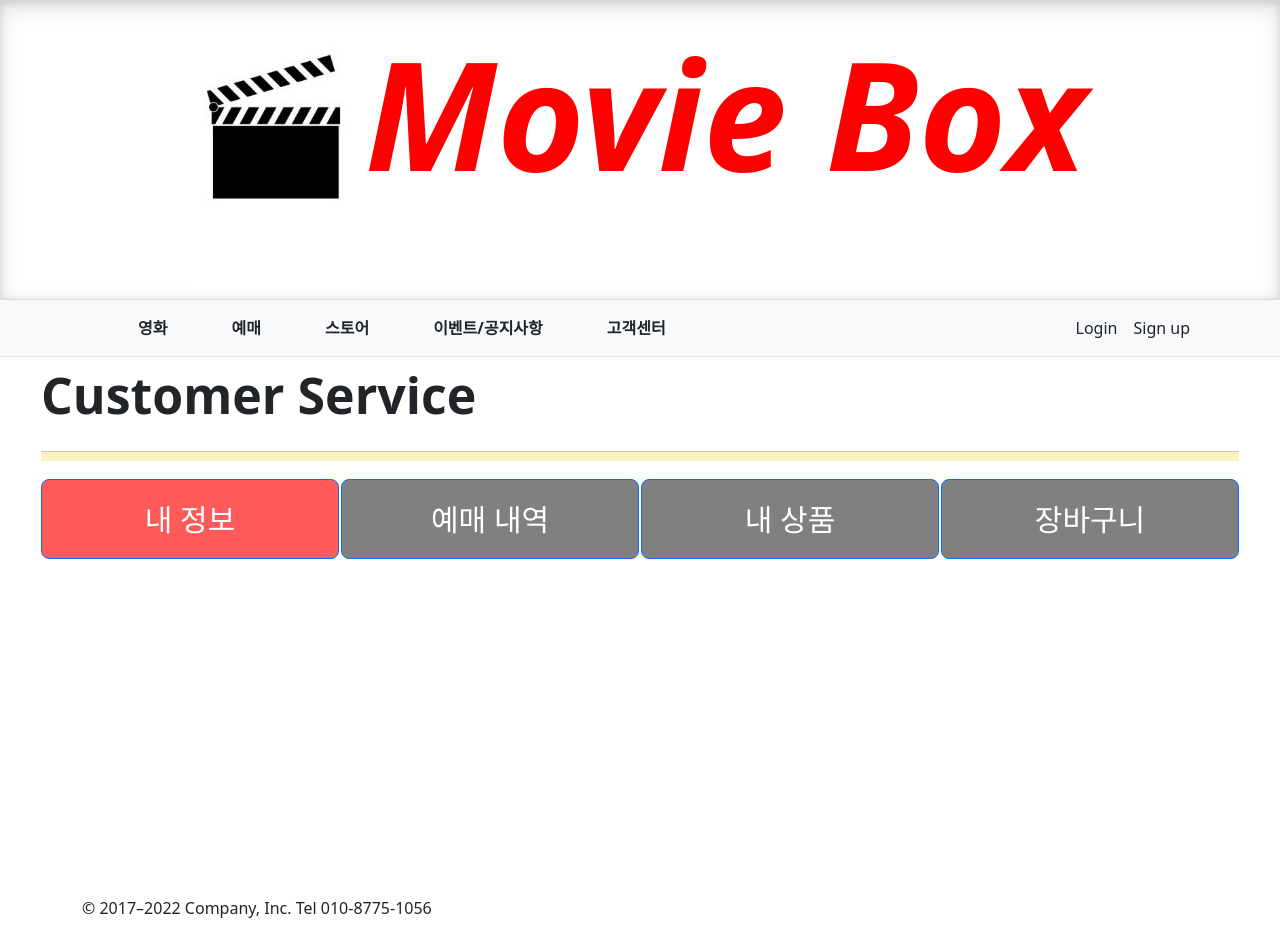
Repository: SpearManCN/MovieBox-2nd-Project-
Page: http://localhost/prj_01/WEB-INF/views/qnaForm.jsp
These files come from the project's save history. The page is drawn as it stood at one moment and after the next save; the edit follows.
The browser window is 1280 px wide. The pictures show the whole page.
The page is served by Tomcat 9. Nobody is signed in. The template is opened directly, without the code that normally fills it, so the values that code supplies are empty.

Above is the page before, as saved 2022-12-13 15:42:41.

After the next save:
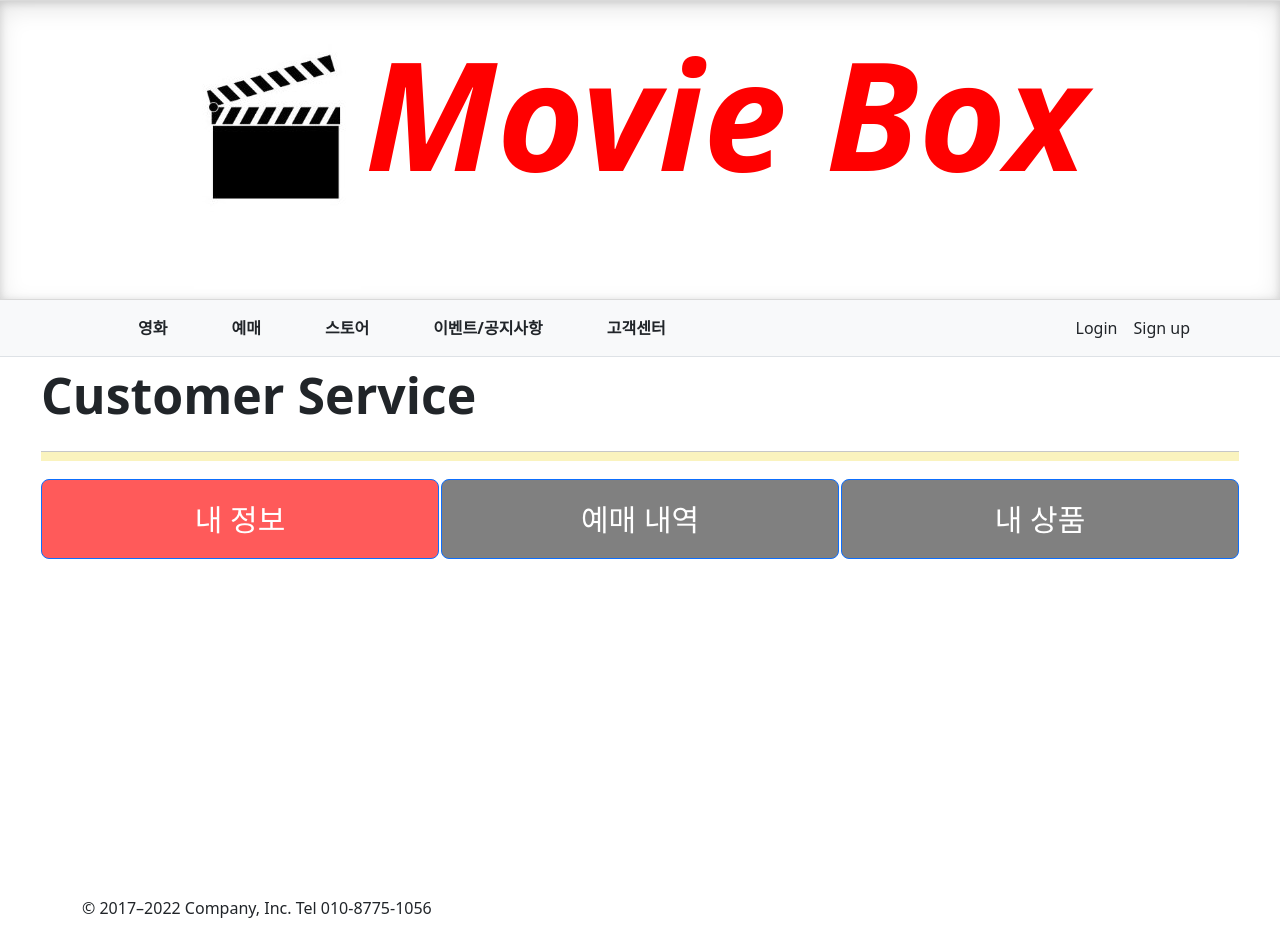
Saved 23 s later.
--- a/Second project/prj_01/src/main/webapp/WEB-INF/views/qnaForm.jsp
+++ b/Second project/prj_01/src/main/webapp/WEB-INF/views/qnaForm.jsp
@@ -32,8 +32,6 @@
 	<td width="220px"><button onclick="goMyPageStore();" type="button" class="btn btn-primary btn-lg" style="width:100%; height:80px; background-color:gray;">
 	<span style="font-size:30px; font-weight:;">내 상품</span></button></td>
 
-	<td width="220px"><button onclick="goMyPageBasket();" type="button" class="btn btn-primary btn-lg" style="width:100%; height:80px; background-color:gray;">
-	<span style="font-size:30px; font-weight:;">장바구니</span></button></td>
 	</tr>
 	<tr>
 	</tr>
